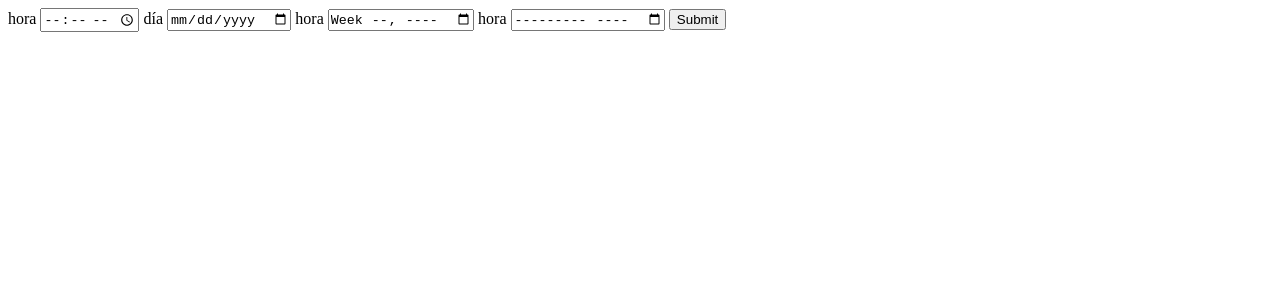
Repository: Daniel009980/daniel0099980
Page: cursodehtml/para calendario/index.html
These files come from the project's save history. The page is drawn as it stood at one moment and after the next save; the edit follows.
The browser window is 1280 px wide. The pictures show the whole page.

Above is the page before, as saved 2022-09-10 15:50:30.

### cursodehtml/para calendario/index.html
<!DOCTYPE html>
<html lang="en">
<head>
    <meta charset="UTF-8">
    <meta http-equiv="X-UA-Compatible" content="IE=edge">
    <meta name="viewport" content="width=device-width, initial-scale=1.0">
    <title>Calendario</title>
</head>
<body>

<form action="">
    <label for="hora">
        <span>hora</span >
        <input type="time" id="hora" name="hora">
    </label>
    <label for="dia">
        <span>día</span >
        <input type="date" id="dia" name="dia">
    </label>
    <label for="semana">
        <span>hora</span >
        <input type="week" id="semana" name="semana">
    </label>
    <label for="mes">
        <span>hora</span >
        <input type="month" id="mes" name="mes">
    </label>
    <input type="submit">
</form>
</body>
</html>

After the next save:
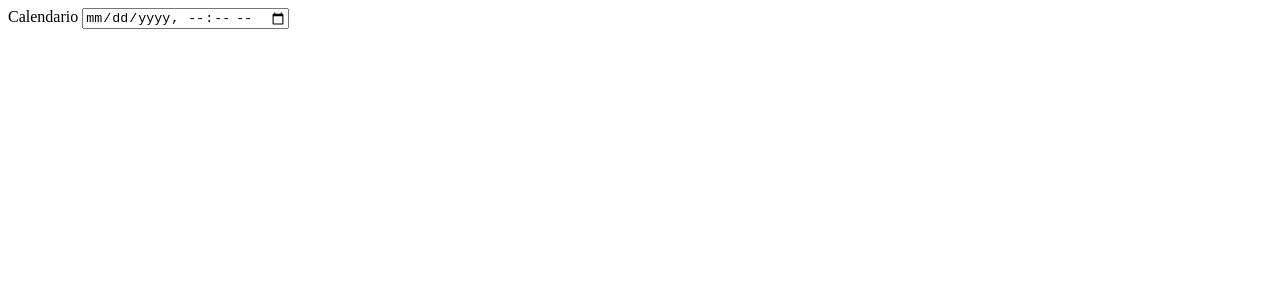
Saved 2 min 24 s later.
--- a/cursodehtml/para calendario/index.html
+++ b/cursodehtml/para calendario/index.html
@@ -8,7 +8,7 @@
 </head>
 <body>
 
-<form action="">
+<!-- <form action="">
     <label for="hora">
         <span>hora</span >
         <input type="time" id="hora" name="hora">
@@ -26,6 +26,13 @@
         <input type="month" id="mes" name="mes">
     </label>
     <input type="submit">
+</form> -->
+
+<form action="">
+    <label for="calendario">
+        <span>Calendario</span>
+            <input type="datetime-local" id="calendario" name="calendario">
+    </label>
 </form>
 </body>
 </html>
